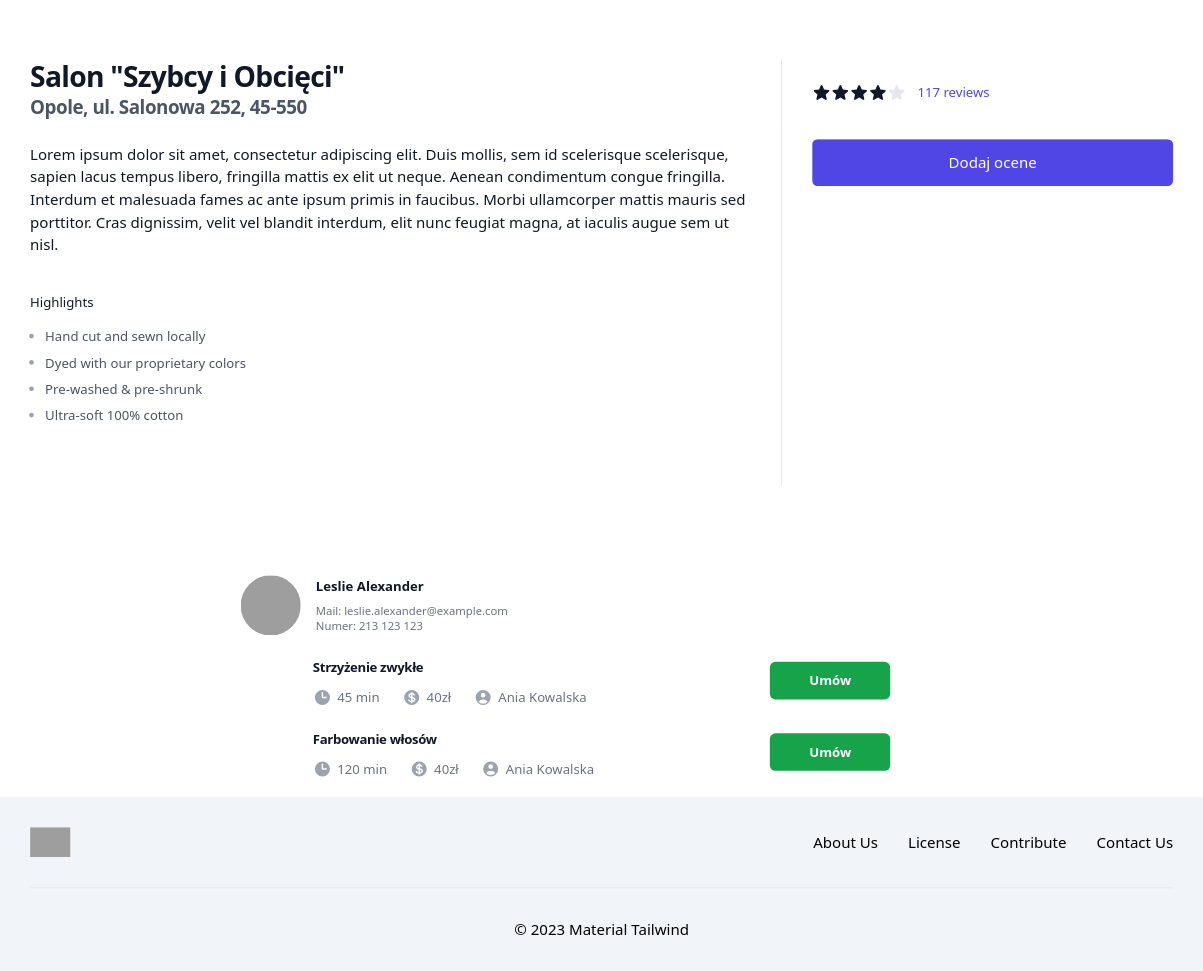
Repository: PrzemyslawJura/my-app
Page: /stronasalonu (app in frontend/)
An editor plug-in stored every save of this project. The page is shown before and after the next save, followed by the edit.
The browser window is 1280 px wide. The pictures show the part of the page from y = 516 to 1549 px (the page is 1549 px tall before and 1493 px after), at 94% of full size.
Pictures or frames that could not be fetched are drawn as grey boxes. The project was rebuilt for these pictures with package versions that can differ from the ones it lists, and the page was loaded fresh each time. Also part of the build but not shown: frontend/src/components/Location.jsx, frontend/src/home/Feature.jsx, frontend/src/shared_np_buttony_inputy_kalendarze_itp/PaginationTile.jsx, frontend/src/home/Pagination.jsx, frontend/src/home/Listbox.jsx, frontend/src/home/StepOne.jsx, frontend/src/home/StepTwo.jsx, frontend/src/home/SalonOffer.jsx and 19 more.

Above is the page before, as saved 2023-11-21 20:15:13.

### frontend/src/index.css
@tailwind base;
html {
  scroll-behavior: smooth;
}

@tailwind components;
@tailwind utilities;

### frontend/src/core/App.jsx
import BrowserRoutes from "./BrowserRoutes"
import FooterWithLogo from "./Footer"
import NavbarBiznes from "./NavbarBiznes";
import NavbarHome from "./NavbarHome";



export default function App() {
  let navigationBar = <NavbarHome/>
  function userIsLogin(user)
  {
    if (user == false) navigationBar = <NavbarBiznes/>
    else navigationBar = <NavbarHome/>
  }
  return (
    <>
      {userIsLogin(false)}
      {navigationBar}
      <BrowserRoutes/>
      <FooterWithLogo/>
    </>
  )
}

### frontend/src/core/BrowserRoutes.jsx
import Home from "../home/Home"
import CalendarOfWork from "../biznes/CalendarOfWork"
import SalonPage from "../biznes/SalonPage"
import Workers from "../biznes/Workers"
import Services from "../biznes/Services"
import { Route, Routes } from "react-router-dom"
import NavbarBiznes from "./NavbarBiznes"

export default function BrowserRoutes() {
  return (
      <Routes>
        <Route path="/" element={<Home/>}/>
        <Route path="/stronasalonu" element={<SalonPage/>}/>
        <Route path="/pracownicy" element={<Workers/>}/>
        <Route path="/kalendarz" element={<CalendarOfWork/>}/>
        <Route path="/oferta" element={<Services/>}/>
      </Routes>
  )
}

### frontend/src/core/Footer.jsx
import { Typography } from "@material-tailwind/react";

export default function FooterWithLogo() {
  return (
    <footer id="footer" className="w-full p-8 bg-slate-100">
      <div className="flex flex-row flex-wrap items-center justify-center gap-y-6 gap-x-12 text-center md:justify-between">
      <img
        className="h-8 w-auto"
        src="https://tailwindui.com/img/logos/mark.svg?color=green&shade=600"
        alt=""
      />
        <ul className="flex flex-wrap items-center gap-y-2 gap-x-8">
          <li>
            <Typography
              as="a"
              href="#"
              color="blue-gray"
              className="font-normal transition-colors hover:text-blue-500 focus:text-blue-500"
            >
              About Us
            </Typography>
          </li>
          <li>
            <Typography
              as="a"
              href="#"
              color="blue-gray"
              className="font-normal transition-colors hover:text-blue-500 focus:text-blue-500"
            >
              License
            </Typography>
          </li>
          <li>
            <Typography
              as="a"
              href="#"
              color="blue-gray"
              className="font-normal transition-colors hover:text-blue-500 focus:text-blue-500"
            >
              Contribute
            </Typography>
          </li>
          <li>
            <Typography
              as="a"
              href="#"
              color="blue-gray"
              className="font-normal transition-colors hover:text-blue-500 focus:text-blue-500"
            >
              Contact Us
            </Typography>
          </li>
        </ul>
      </div>
      <hr className="my-8 border-blue-gray-50" />
      <Typography color="blue-gray" className="text-center font-normal">
        &copy; 2023 Material Tailwind
      </Typography>
    </footer>
  );
}

### frontend/src/biznes/SalonPage.jsx
import Salon from "./Salon"
import Hairdresser from "../components/Hairdresser"
import OneService from "../components/OneService"
import MainButton from "../shared_np_buttony_inputy_kalendarze_itp/MainButton"

const people = [
  {
    name: 'Leslie Alexander',
    email: 'leslie.alexander@example.com',
    telephone: '213 123 123',
    role: 'Co-Founder / CEO',
    imageUrl:
      'https://images.unsplash.com/photo-1494790108377-be9c29b29330?ixlib=rb-1.2.1&ixid=eyJhcHBfaWQiOjEyMDd9&auto=format&fit=facearea&facepad=2&w=256&h=256&q=80',
    lastSeen: '3h ago',
    lastSeenDateTime: '2023-01-23T13:23Z',
  },
  {
    name: 'Michael Foster',
    email: 'michael.foster@example.com',
    role: 'Co-Founder / CTO',
    imageUrl:
      'https://images.unsplash.com/photo-1519244703995-f4e0f30006d5?ixlib=rb-1.2.1&ixid=eyJhcHBfaWQiOjEyMDd9&auto=format&fit=facearea&facepad=2&w=256&h=256&q=80',
    lastSeen: '3h ago',
    lastSeenDateTime: '2023-01-23T13:23Z',
  },
  {
    name: 'Dries Vincent',
    email: 'dries.vincent@example.com',
    role: 'Business Relations',
    imageUrl:
      'https://images.unsplash.com/photo-1506794778202-cad84cf45f1d?ixlib=rb-1.2.1&ixid=eyJhcHBfaWQiOjEyMDd9&auto=format&fit=facearea&facepad=2&w=256&h=256&q=80',
    lastSeen: null,
  },
  {
    name: 'Lindsay Walton',
    email: 'lindsay.walton@example.com',
    role: 'Front-end Developer',
    imageUrl:
      'https://images.unsplash.com/photo-1517841905240-472988babdf9?ixlib=rb-1.2.1&ixid=eyJhcHBfaWQiOjEyMDd9&auto=format&fit=facearea&facepad=2&w=256&h=256&q=80',
    lastSeen: '3h ago',
    lastSeenDateTime: '2023-01-23T13:23Z',
  },
  {
    name: 'Courtney Henry',
    email: 'courtney.henry@example.com',
    role: 'Designer',
    imageUrl:
      'https://images.unsplash.com/photo-1438761681033-6461ffad8d80?ixlib=rb-1.2.1&ixid=eyJhcHBfaWQiOjEyMDd9&auto=format&fit=facearea&facepad=2&w=256&h=256&q=80',
    lastSeen: '3h ago',
    lastSeenDateTime: '2023-01-23T13:23Z',
  },
  {
    name: 'Tom Cook',
    email: 'tom.cook@example.com',
    role: 'Director of Product',
    imageUrl:
      'https://images.unsplash.com/photo-1472099645785-5658abf4ff4e?ixlib=rb-1.2.1&ixid=eyJhcHBfaWQiOjEyMDd9&auto=format&fit=facearea&facepad=2&w=256&h=256&q=80',
    lastSeen: null,
  },
]

const services = [
  {
    name: 'Strzyżenie zwykłe',
    time: '45',
    price: '40',
    hairdresser: 'Ania Kowalska',
    active: true,
  },
  {
    name: 'Farbowanie włosów',
    time: '120',
    price: '40',
    hairdresser: 'Ania Kowalska',
    active: true,
  }
]


export default function SalonPage() {
  return (
    <>
      <Salon/>
      <div className="w-3/5 m-auto">
        <Hairdresser person={people[0]}/>
        <div className="w-4/5 m-auto my-5 flex justify-between">
          <OneService service={services[0]}/>
          <MainButton text="Umów"/>
        </div>
        <div className="w-4/5 m-auto my-5 flex justify-between">
          <OneService service={services[1]}/>
          <MainButton text="Umów"/>
        </div>


      </div>
    </>
  )
}

### frontend/src/shared_np_buttony_inputy_kalendarze_itp/MainButton.jsx
export default function MainButton({text}) {
    return (
        <button
        type="submit"
        className="w-20 sm:w-32 flex-none rounded-md bg-green-600 px-3.5 py-2.5 text-sm font-semibold max-h-10 my-auto
                   text-white shadow-sm hover:bg-green-400 focus-visible:outline focus-visible:outline-2
                   focus-visible:outline-offset-2 focus-visible:outline-indigo-500"
        >
        {text}
        </button>
    )}

### frontend/src/biznes/Salon.jsx
import { useState } from 'react'
import { StarIcon } from '@heroicons/react/20/solid'
import { RadioGroup } from '@headlessui/react'
import { CarouselDefault } from '../components/CarouselDefault'

const product = {
  name: 'Salon "Szybcy i Obcięci"',
  city: 'Opole',
  street: 'ul. Salonowa 252',
  code: '45-550',
  price: '$192',
  href: '#',
  breadcrumbs: [
    { id: 1, name: 'Opole', href: '#' }
  ],
  images: [
    {
      src: 'https://tailwindui.com/img/ecommerce-images/product-page-02-secondary-product-shot.jpg',
      alt: 'Two each of gray, white, and black shirts laying flat.',
    },
    {
      src: 'https://tailwindui.com/img/ecommerce-images/product-page-02-tertiary-product-shot-01.jpg',
      alt: 'Model wearing plain black basic tee.',
    },
    {
      src: 'https://tailwindui.com/img/ecommerce-images/product-page-02-tertiary-product-shot-02.jpg',
      alt: 'Model wearing plain gray basic tee.',
    },
    {
      src: 'https://tailwindui.com/img/ecommerce-images/product-page-02-featured-product-shot.jpg',
      alt: 'Model wearing plain white basic tee.',
    },
  ],
  description:
    'Lorem ipsum dolor sit amet, consectetur adipiscing elit. Duis mollis, sem id scelerisque scelerisque, sapien lacus tempus libero, fringilla mattis ex elit ut neque. Aenean condimentum congue fringilla. Interdum et malesuada fames ac ante ipsum primis in faucibus. Morbi ullamcorper mattis mauris sed porttitor. Cras dignissim, velit vel blandit interdum, elit nunc feugiat magna, at iaculis augue sem ut nisl. ',
  highlights: [
    'Hand cut and sewn locally',
    'Dyed with our proprietary colors',
    'Pre-washed & pre-shrunk',
    'Ultra-soft 100% cotton',
  ],
}
const reviews = { href: '#', average: 3.5, totalCount: 117 }

function classNames(...classes) {
  return classes.filter(Boolean).join(' ')
}

export default function Salon() {

  return (
    <div className="bg-white">
      <div className="pt-6">
        <nav aria-label="Breadcrumb">
          <ol role="list" className="mx-auto flex max-w-2xl items-center space-x-2 px-4 sm:px-6 lg:max-w-7xl lg:px-8">
            {product.breadcrumbs.map((breadcrumb) => (
              <li key={breadcrumb.id}>
                <div className="flex items-center">
                  <a href={breadcrumb.href} className="mr-2 text-sm font-medium text-gray-900">
                    {breadcrumb.name}
                  </a>
                  <svg
                    width={16}
                    height={20}
                    viewBox="0 0 16 20"
                    fill="currentColor"
                    aria-hidden="true"
                    className="h-5 w-4 text-gray-300"
                  >
                    <path d="M5.697 4.34L8.98 16.532h1.327L7.025 4.341H5.697z" />
                  </svg>
                </div>
              </li>
            ))}
            <li className="text-sm">
              <a href={product.href} aria-current="page" className="font-medium text-gray-500 hover:text-gray-600">
                {product.name}
              </a>
            </li>
          </ol>
        </nav>

        {/* Image gallery */}
        <div className="mx-auto mt-6 max-w-2xl sm:px-6  lg:max-w-7xl  lg:px-8 rounded-xl h-96 overflow-x-hidden">
              <CarouselDefault/>
        </div>

        {/* Product info */}
        <div className="mx-auto max-w-2xl px-4 pb-16 pt-10 sm:px-6 lg:grid lg:max-w-7xl lg:grid-cols-3 lg:grid-rows-[auto,auto,1fr] lg:gap-x-8 lg:px-8 lg:pb-24 lg:pt-16">
          <div className="lg:col-span-2 lg:border-r lg:border-gray-200 lg:pr-8">
            <h1 className="text-2xl font-bold tracking-tight text-gray-900 sm:text-3xl">{product.name}</h1>
            <h3 className="text-xl font-semibold tracking-tight text-gray-600">{product.city}, {product.street}, {product.code}</h3>
          </div>

          {/* Options */}
          <div className="mt-4 lg:row-span-3 lg:mt-0">
            {/* Reviews */}
            <div className="mt-6">
              <h3 className="sr-only">Reviews</h3>
              <div className="flex items-center">
                <div className="flex items-center">
                  {[0, 1, 2, 3, 4].map((rating) => (
                    <StarIcon
                      key={rating}
                      className={classNames(
                        reviews.average > rating ? 'text-gray-900' : 'text-gray-200',
                        'h-5 w-5 flex-shrink-0'
                      )}
                      aria-hidden="true"
                    />
                  ))}
                </div>
                <p className="sr-only">{reviews.average} out of 5 stars</p>
                <a href={reviews.href} className="ml-3 text-sm font-medium text-indigo-600 hover:text-indigo-500">
                  {reviews.totalCount} reviews
                </a>
              </div>
            </div>

            <form className="mt-10">
              <button
                type="submit"
                className="mt-10 flex w-full items-center justify-center rounded-md border border-transparent bg-indigo-600 px-8 py-3 text-base font-medium text-white hover:bg-indigo-700 focus:outline-none focus:ring-2 focus:ring-indigo-500 focus:ring-offset-2"
              >
                Dodaj ocene
              </button>
            </form>
          </div>

          <div className="py-10 lg:col-span-2 lg:col-start-1 lg:border-r lg:border-gray-200 lg:pb-16 lg:pr-8 lg:pt-6">
            {/* Description and details */}
            <div>
              <h3 className="sr-only">Description</h3>

              <div className="space-y-6">
                <p className="text-base text-gray-900">{product.description}</p>
              </div>
            </div>

            <div className="mt-10">
              <h3 className="text-sm font-medium text-gray-900">Highlights</h3>

              <div className="mt-4">
                <ul role="list" className="list-disc space-y-2 pl-4 text-sm">
                  {product.highlights.map((highlight) => (
                    <li key={highlight} className="text-gray-400">
                      <span className="text-gray-600">{highlight}</span>
                    </li>
                  ))}
                </ul>
              </div>
            </div>

          </div>
        </div>
      </div>
    </div>
  )
}

### frontend/src/components/Hairdresser.jsx
export default function Hairdresser({person}) {
    return (
      <>
          <div className="flex min-w-0 gap-x-4">
            <img className="h-16 w-16 flex-none rounded-full bg-gray-50" src={person.imageUrl} alt="" />
            <div className="min-w-0 flex-auto">
              <p className="text-sm font-semibold leading-6 text-gray-900">{person.name}</p>
              <p className="mt-1 truncate text-xs leading-5 text-gray-500">Mail: {person.email}</p>
              <p className="truncate text-xs leading-3 text-gray-500">Numer: {person.telephone}</p>
            </div>
          </div>
    </>
  )}

### frontend/src/components/OneService.jsx
import {
    ClockIcon,
    CurrencyDollarIcon,
    UserCircleIcon,
  } from '@heroicons/react/20/solid'

export default function OneService({service}) {
    return (
        <div className="min-w-0 flex-1">
          <h2 className="text-sm font-semibold leading-7 text-gray-900 sm:truncate sm:tracking-tight">
            {service.name}
          </h2>
          <div className="mt-1 flex flex-col sm:mt-0 sm:flex-row sm:flex-wrap sm:space-x-6">
            <div className="mt-2 flex items-center text-sm text-gray-500">
              <ClockIcon className="mr-1.5 h-5 w-5 flex-shrink-0 text-gray-400" aria-hidden="true" />
              {service.time} min
            </div>
            <div className="mt-2 flex items-center text-sm text-gray-500">
              <CurrencyDollarIcon className="mr-1.5 h-5 w-5 flex-shrink-0 text-gray-400" aria-hidden="true" />
              {service.price}zł
            </div>
            <div className="mt-2 flex items-center text-sm text-gray-500">
              <UserCircleIcon className="mr-1.5 h-5 w-5 flex-shrink-0 text-gray-400" aria-hidden="true" />
              {service.hairdresser}
            </div>
          </div>
        </div>
    )}

### frontend/src/components/CarouselDefault.jsx
import { Carousel, IconButton } from "@material-tailwind/react";

export function CarouselDefault() {
  return (
    <Carousel
      className="rounded-xl"
      prevArrow={({ handlePrev }) => (
        <IconButton
          variant="text"
          color="white"
          size="lg"
          onClick={handlePrev}
          className="!absolute top-2/4 left-4 -translate-y-2/4"
        >
          <svg
            xmlns="http://www.w3.org/2000/svg"
            fill="none"
            viewBox="0 0 24 24"
            strokeWidth={2}
            stroke="currentColor"
            className="h-6 w-6"
          >
            <path
              strokeLinecap="round"
              strokeLinejoin="round"
              d="M10.5 19.5L3 12m0 0l7.5-7.5M3 12h18"
            />
          </svg>
        </IconButton>
      )}
      nextArrow={({ handleNext }) => (
        <IconButton
          variant="text"
          color="white"
          size="lg"
          onClick={handleNext}
          className="!absolute top-2/4 !right-4 -translate-y-2/4"
        >
          <svg
            xmlns="http://www.w3.org/2000/svg"
            fill="none"
            viewBox="0 0 24 24"
            strokeWidth={2}
            stroke="currentColor"
            className="h-6 w-6"
          >
            <path
              strokeLinecap="round"
              strokeLinejoin="round"
              d="M13.5 4.5L21 12m0 0l-7.5 7.5M21 12H3"
            />
          </svg>
        </IconButton>
      )}
    >
      <img
        src="https://images.unsplash.com/photo-1592647420148-bfcc177e2117?ixlib=rb-4.0.3&ixid=M3wxMjA3fDB8MHxwaG90by1wYWdlfHx8fGVufDB8fHx8fA%3D%3D&auto=format&fit=crop&w=2039&q=80"
        alt="image 1"
        className="h-full w-full object-cover"
      />
      <img
        src="https://images.unsplash.com/photo-1634480256802-7cb50e5a196a?ixlib=rb-4.0.3&ixid=M3wxMjA3fDB8MHxzZWFyY2h8Nnx8YmFyYmVyc2hvcHxlbnwwfDB8MHx8fDI%3D&auto=format&fit=crop&w=400&q=60"
        alt="image 2"
        className="h-full w-full object-cover"
      />
      <img
        src="https://images.unsplash.com/photo-1622288432450-277d0fef5ed6?ixlib=rb-4.0.3&ixid=M3wxMjA3fDB8MHxwaG90by1wYWdlfHx8fGVufDB8fHx8fA%3D%3D&auto=format&fit=crop&w=2070&q=80"
        alt="image 3"
        className="h-full w-full object-cover"
      />
    </Carousel>
  );
}

Loaded but not shown: frontend/public/index.html (common file); frontend/src/reportWebVitals.js (common file); frontend/src/index.js (20 lines, source omitted); frontend/tailwind.config.js (19 lines, source omitted); frontend/src/core/NavbarBiznes.jsx (146 lines, source omitted)

After the next save:
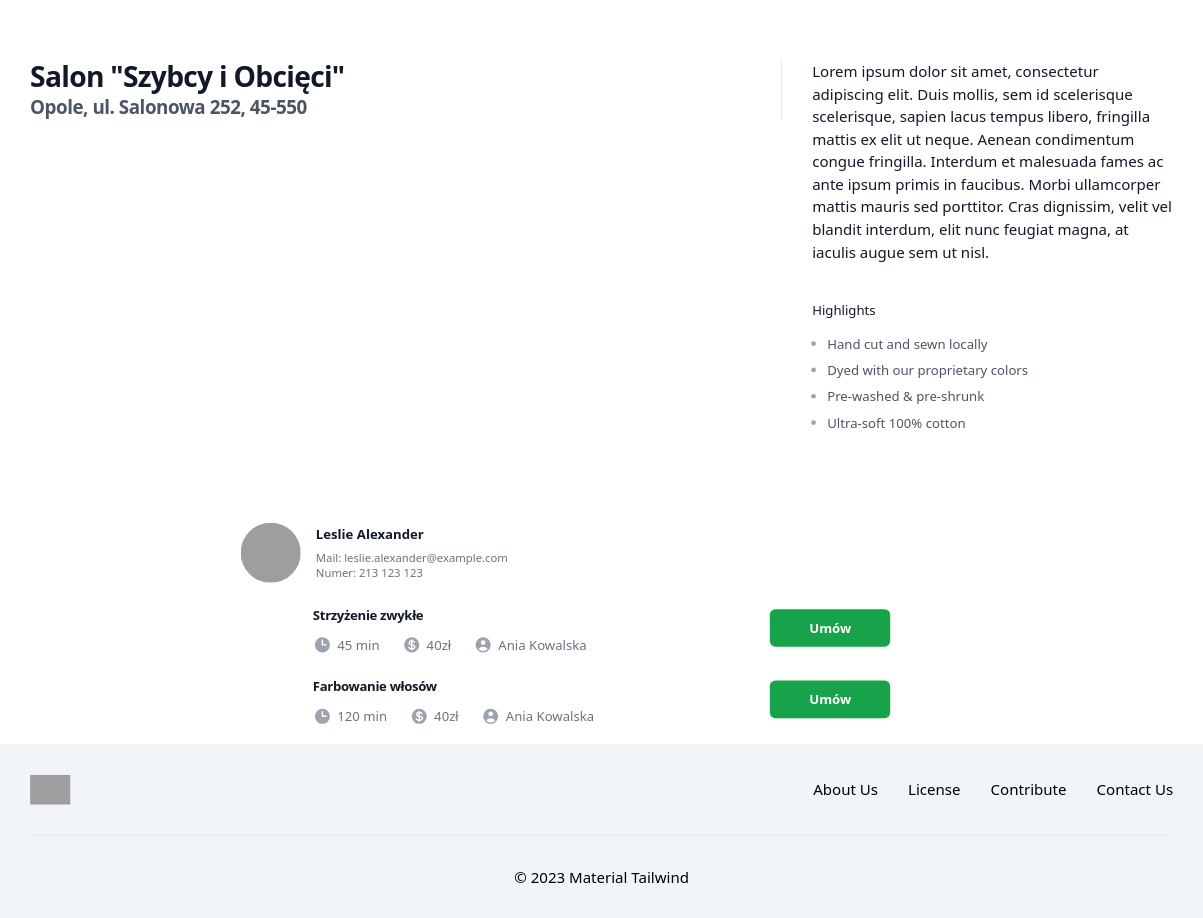
Saved 2 min 25 s later.
--- a/frontend/src/biznes/Salon.jsx
+++ b/frontend/src/biznes/Salon.jsx
@@ -1,6 +1,4 @@
-import { useState } from 'react'
 import { StarIcon } from '@heroicons/react/20/solid'
-import { RadioGroup } from '@headlessui/react'
 import { CarouselDefault } from '../components/CarouselDefault'
 
 const product = {
@@ -94,7 +92,7 @@ export default function Salon() {
 
           {/* Options */}
           <div className="mt-4 lg:row-span-3 lg:mt-0">
-            {/* Reviews */}
+            {/* Reviews */}{/*}
             <div className="mt-6">
               <h3 className="sr-only">Reviews</h3>
               <div className="flex items-center">
